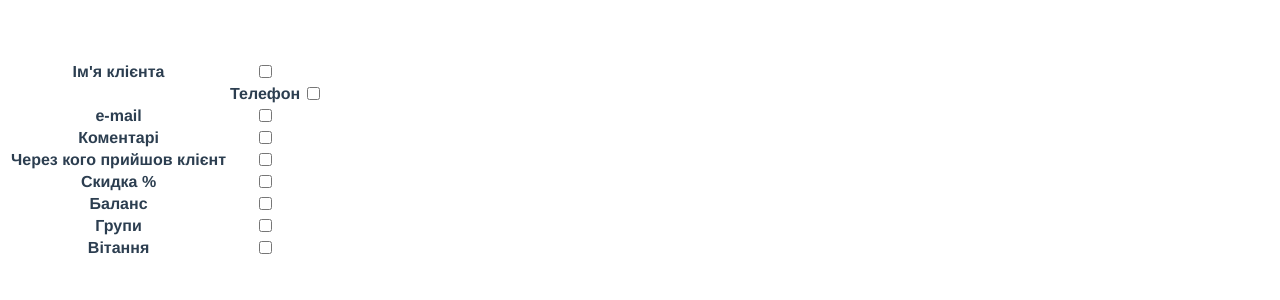
Repository: KYUUBI-K/Labs-from-2-course-
Page: / (app in lab3(using styles)/)
The author's editor kept a copy of each file at every save. The page is drawn from the files as they stood at one save, then again after a run of saves.
The browser window is 1280 px wide. The pictures show the whole page.
The project was rebuilt for these pictures with package versions that can differ from the ones it lists, and the page was loaded fresh each time. Also part of the build but not shown: lab3(using styles)/src/assets/style/style.scss.

Above is the page before, as saved 2021-11-24 10:54:43.

### lab3(using styles)/src/main.js
import Vue from 'vue'
import App from './App.vue'
import '@/assets/style/style.scss'

Vue.config.productionTip = false

new Vue({
  render: h => h(App),
}).$mount('#app')

### lab3(using styles)/src/App.vue
<template>
  <div id="app">
    <test/>
  </div>
</template>

<script>
import test from './components/test'

export default {
  name: 'App',
  components: {
    test
  }
}
</script>

<style>
#app {
  font-family: Avenir, Helvetica, Arial, sans-serif;
  -webkit-font-smoothing: antialiased;
  -moz-osx-font-smoothing: grayscale;
  text-align: center;
  color: #2c3e50;
  margin-top: 60px;
}
</style>

### lab3(using styles)/src/components/test/index.vue
<template>
    <div>
        <table class = "name">
            <tr>
               <th>Ім'я клієнта</th>
               <input type="checkbox">
            </tr>
            <tr>
                <i class="far fa-address-card"></i>
                <th>Телефон</th>
               <input type="checkbox">
            </tr>
            <tr>
                <th>e-mail</th>
               <input type="checkbox">
            </tr>
            <tr>
                <th>Коментарі</th>
               <input type="checkbox">
            </tr>
            <tr>
                <th>Через кого прийшов клієнт</th>
               <input type="checkbox">
            </tr>
            <tr>
                <th>Скидка %</th>
               <input type="checkbox">
            </tr>
            <tr>
                <th>Баланс</th>
               <input type="checkbox">
            </tr>
            <tr>
                <th>Групи</th>
               <input type="checkbox">
            </tr>
            <tr>
                <th>Вітання</th>
               <input type="checkbox">
            </tr>
        </table>
    </div>
</template>

<script>
    export default {

    }
</script>

<style lang="scss" scoped>
</style>

Loaded but not shown: lab3(using styles)/public/index.html (common file)

After the next 2 saves:
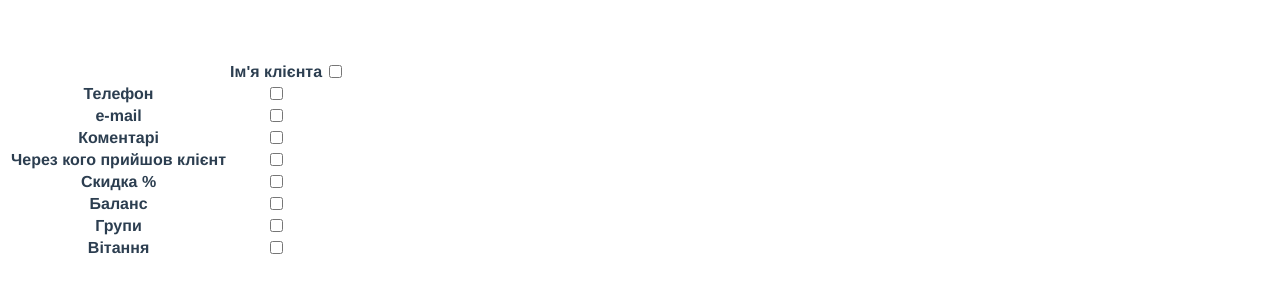
The 2 saves are shown as one change because they came seconds apart.
The last was saved 12 s later.
--- a/lab3(using styles)/src/components/test/index.vue
+++ b/lab3(using styles)/src/components/test/index.vue
@@ -2,11 +2,11 @@
     <div>
         <table class = "name">
             <tr>
+                <i class="far fa-address-card"></i>
                <th>Ім'я клієнта</th>
                <input type="checkbox">
             </tr>
             <tr>
-                <i class="far fa-address-card"></i>
                 <th>Телефон</th>
                <input type="checkbox">
             </tr>
